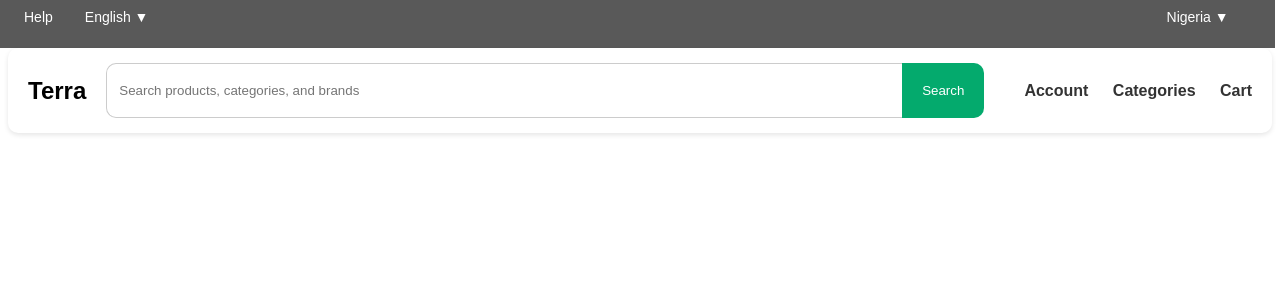
Repository: Femi007-gh/e-commerce
Page: index.html
These files come from the project's save history. The page is drawn as it stood at one moment and after a run of saves; the edit follows.
The browser window is 1280 px wide. The pictures show the whole page.

Above is the page before, as saved 2025-04-28 19:25:20.

After the next 2 saves:
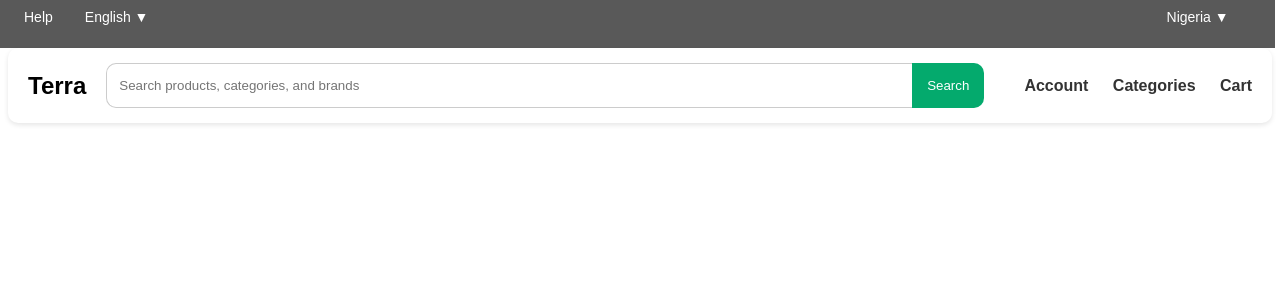
The 2 saves are shown as one change because they came seconds apart.
The last was saved 2 min 22 s later.
--- a/style.css
+++ b/style.css
@@ -106,7 +106,7 @@ body{
   border: none;
   border-radius: 0 10px 10px 0;
   cursor: pointer;
-  padding: 20px 20px;
+  padding: 15px 15px;
 }
 
 .nav-icons a {
